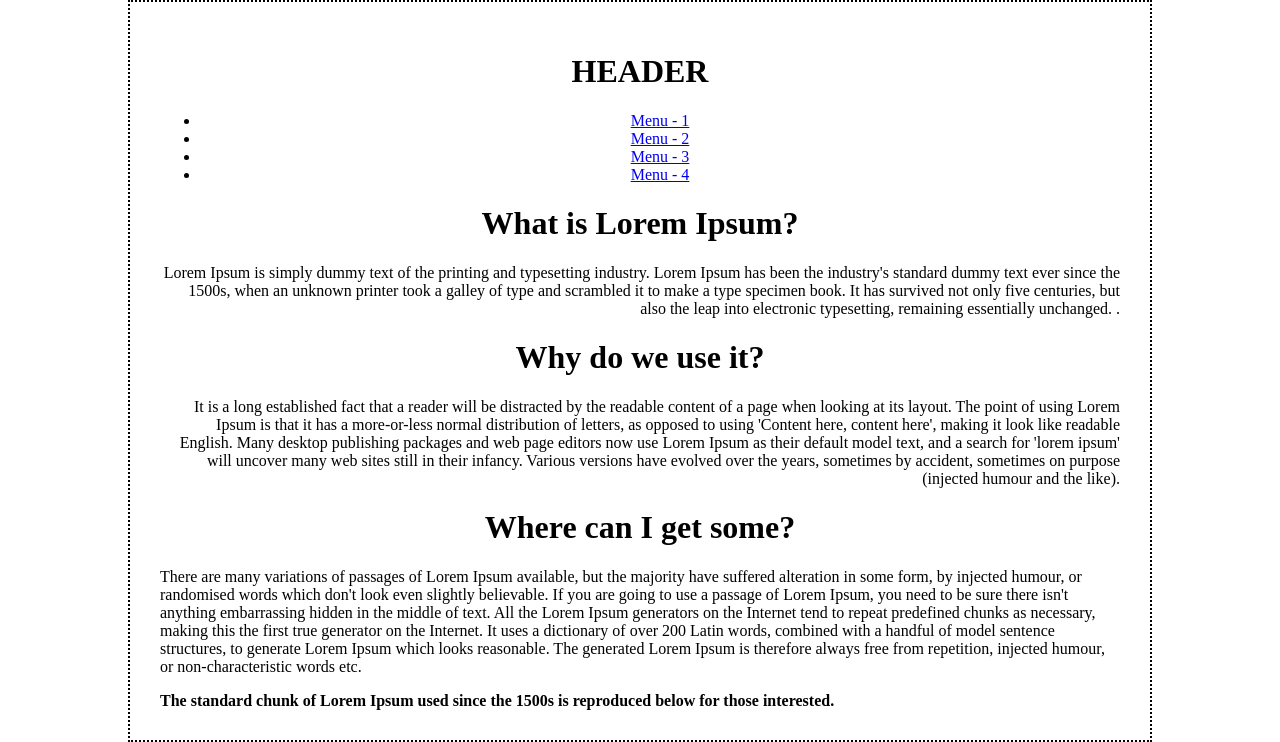
Repository: daeun0220/KB_EDU_JAVA
Page: work03_FrontUI/front01_HTML5/src/main/webapp/html07_div_template.html
The author's editor kept a copy of each file at every save. The page is drawn from the files as they stood at one save, then again after the next save.
The browser window is 1280 px wide. The pictures show the whole page.

Above is the page before, as saved 2023-08-07 07:12:19.

### work03_FrontUI/front01_HTML5/src/main/webapp/html07_div_template.html
<!DOCTYPE html>
<html>
<head>
<meta charset="UTF-8">
<title>div태그의 속성 id로 영역을 지정</title>
<style>
	body{
		width:960px;
		margin:0 auto;
		border: 2px dotted black;
		padding: 30px;
	}
	h1, ul{
		text-align: center;
	}
	#section1, #section2{
		text-align: right;
		width: 960px;
	}


</style>
</head>
<body>
<div id="header">
	<h1>HEADER</h1>
</div>
<div id="menu">
	<ul>
		<li><a href="#">Menu  -   1</a></li>
		<li><a href="#">Menu  -   2</a></li>
		<li><a href="#">Menu  -   3</a></li>
		<li><a href="#">Menu  -   4</a></li>
	</ul>
</div>

	<div id="section1">
		<h1>What is Lorem Ipsum?</h1>
		<p>Lorem Ipsum is simply dummy text of the printing and typesetting industry. Lorem Ipsum has been the industry's standard dummy text ever since the 1500s, when an unknown printer took a galley of type and scrambled it to make a type specimen book. It has survived not only five centuries, but also the leap into electronic typesetting, remaining essentially unchanged. .</p>
	</div>
<div id="article">
	<div id="section2">
		<h1>Why do we use it?</h1>
		<p>It is a long established fact that a reader will be distracted by the readable content of a page when looking at its layout. The point of using Lorem Ipsum is that it has a more-or-less normal distribution of letters, as opposed to using 'Content here, content here', making it look like readable English. Many desktop publishing packages and web page editors now use Lorem Ipsum as their default model text, and a search for 'lorem ipsum' will uncover many web sites still in their infancy. Various versions have evolved over the years, sometimes by accident, sometimes on purpose (injected humour and the like).</p>
	</div>
	<div id="section3">
		<h1>Where can I get some?</h1>
		<p>There are many variations of passages of Lorem Ipsum available, but the majority have suffered alteration in some form, by injected humour, or randomised words which don't look even slightly believable. If you are going to use a passage of Lorem Ipsum, you need to be sure there isn't anything embarrassing hidden in the middle of text. All the Lorem Ipsum generators on the Internet tend to repeat predefined chunks as necessary, making this the first true generator on the Internet. It uses a dictionary of over 200 Latin words, combined with a handful of model sentence structures, to generate Lorem Ipsum which looks reasonable. The generated Lorem Ipsum is therefore always free from repetition, injected humour, or non-characteristic words etc.</p>
	</div>
</div>

<div id="footer">
	<span><b>The standard chunk of Lorem Ipsum used since the 1500s is reproduced below for those interested.</b></span>
</div>
</body>
</html>

After the next save:
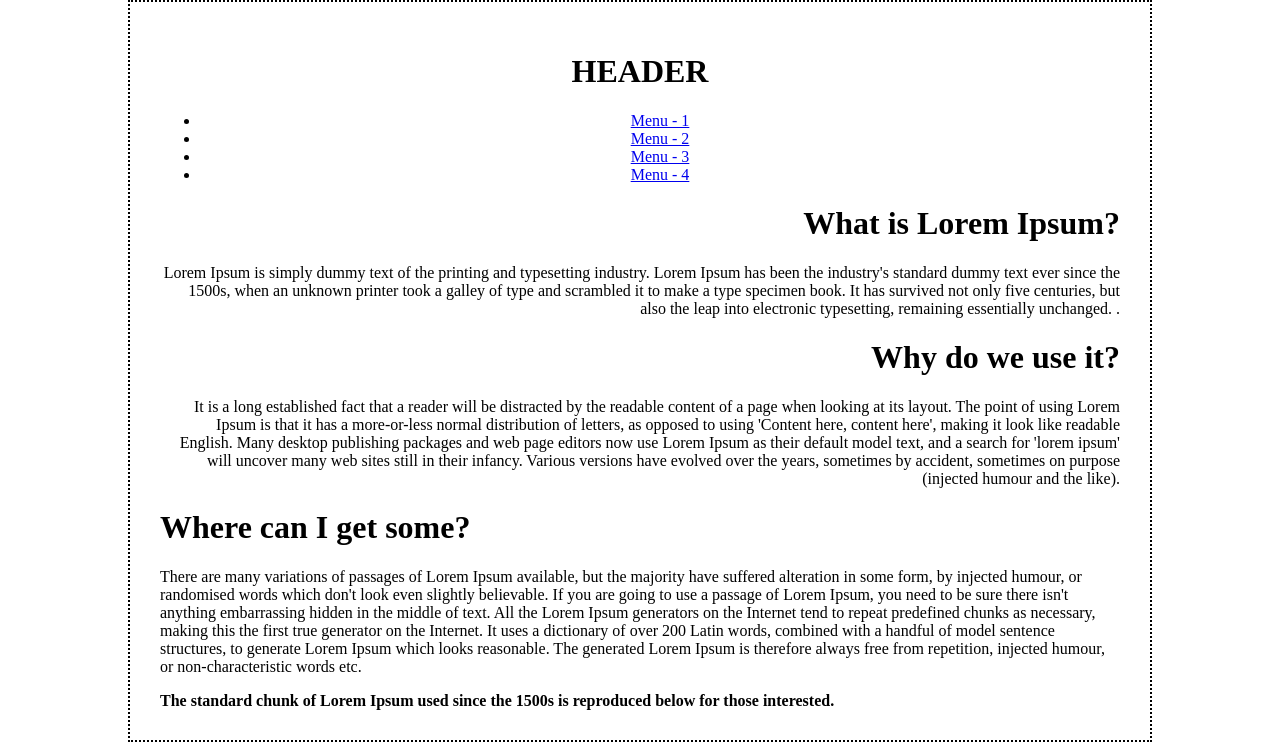
Saved 2 min 2 s later.
--- a/work03_FrontUI/front01_HTML5/src/main/webapp/html07_div_template.html
+++ b/work03_FrontUI/front01_HTML5/src/main/webapp/html07_div_template.html
@@ -10,9 +10,10 @@
 		border: 2px dotted black;
 		padding: 30px;
 	}
-	h1, ul{
+	#header, #menu{
 		text-align: center;
 	}
+
 	#section1, #section2{
 		text-align: right;
 		width: 960px;
